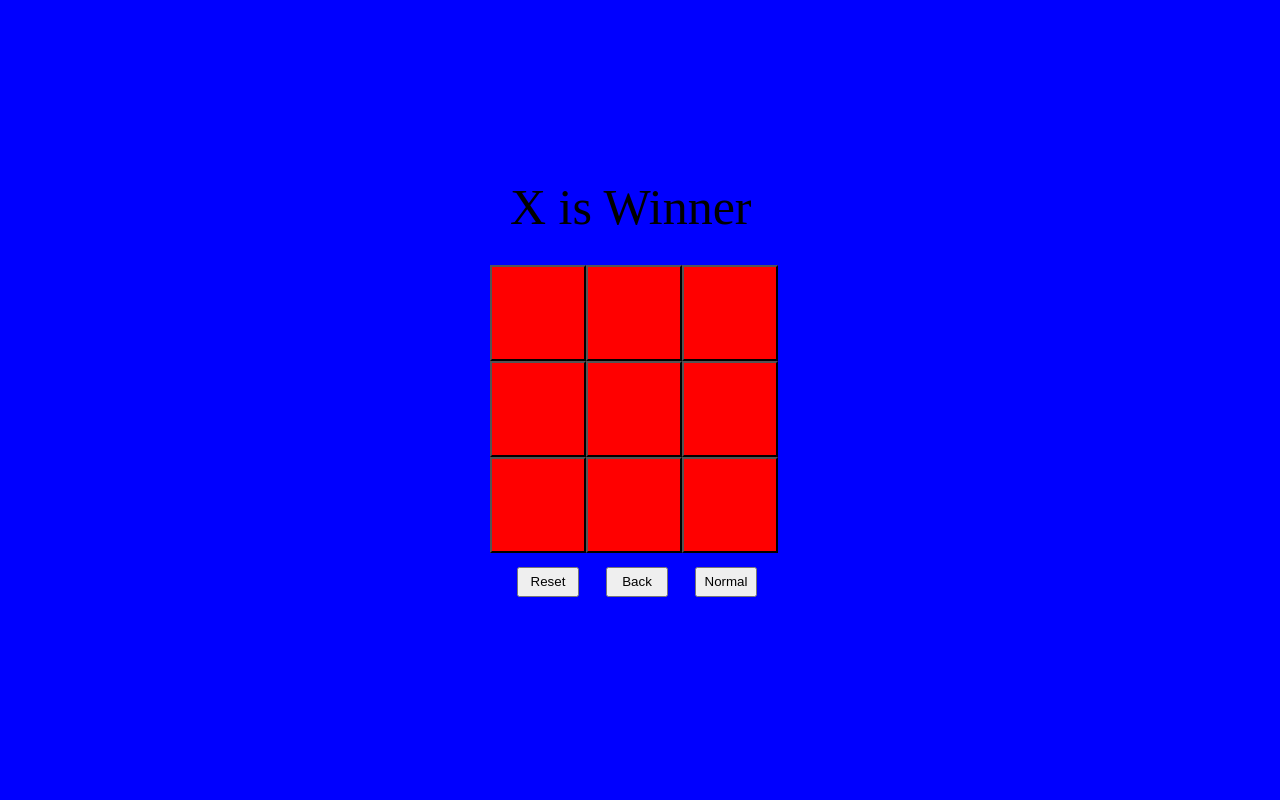
Repository: Mush-s/Folio-OX
Page: /game
The author's editor kept a copy of each file at every save. The page is drawn from the files as they stood at one save, then again after the next save.
The browser window is 1280 px wide. The pictures show the whole page.
The project was rebuilt for these pictures with package versions that can differ from the ones it lists, and the page was loaded fresh each time. Also part of the build but not shown: src/Start/Start.css, src/Start/Start.js.

Above is the page before, as saved 2022-09-02 17:12:22.

After the next save:
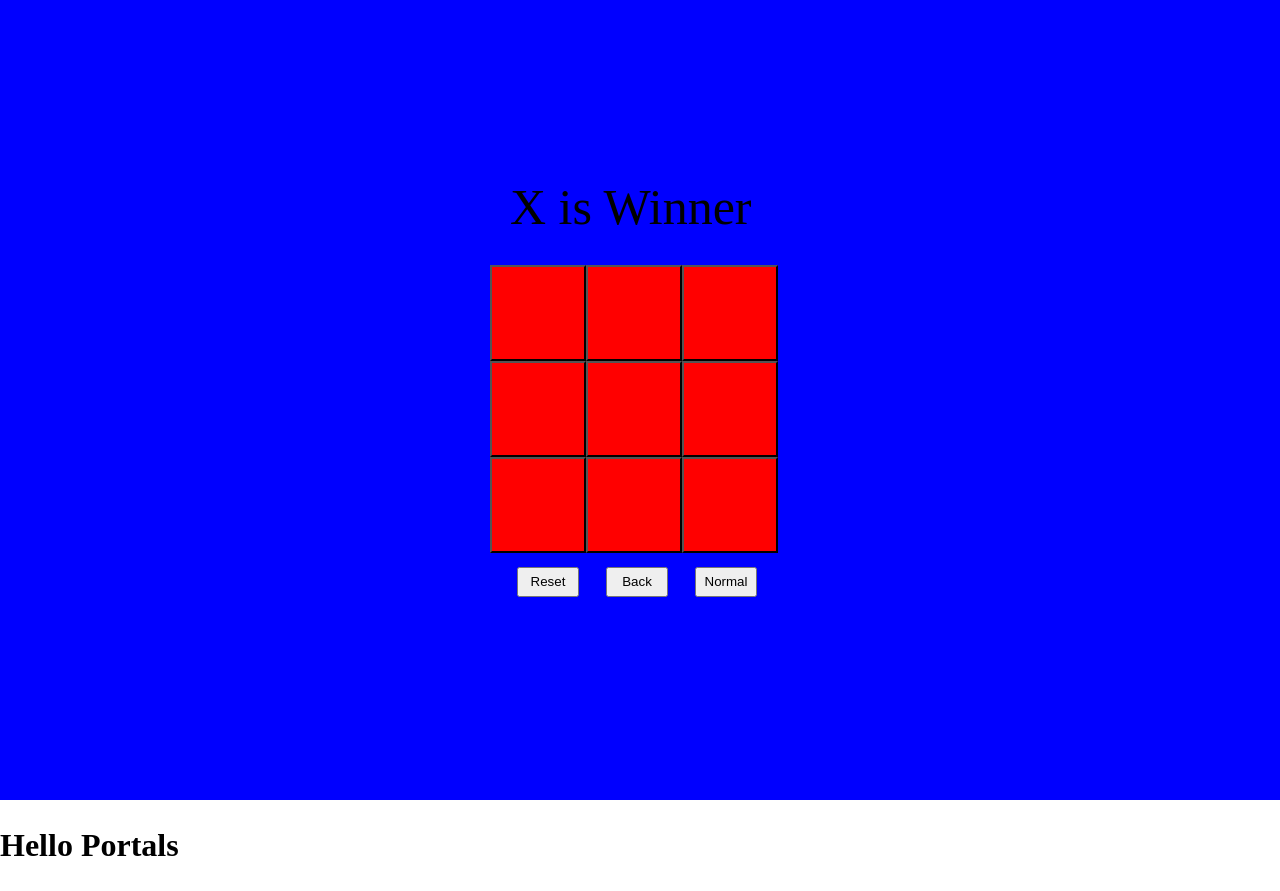
Saved 30 s later.
--- a/src/TicTacToe/Game/Game.js
+++ b/src/TicTacToe/Game/Game.js
@@ -4,6 +4,7 @@
 import GameButtons from "./GameButtons/GameButtons";
 
 import "./Game.css";
+import Test from "../AfterGame/AfterGame";
 
 const Game = () => {
   const [player, setPlayer] = useState("O");
@@ -168,6 +169,7 @@
         onBack={backHandler}
         onChange={ChangeHandler}
       />
+      <Test />
     </div>
   );
 };

After the save that followed:
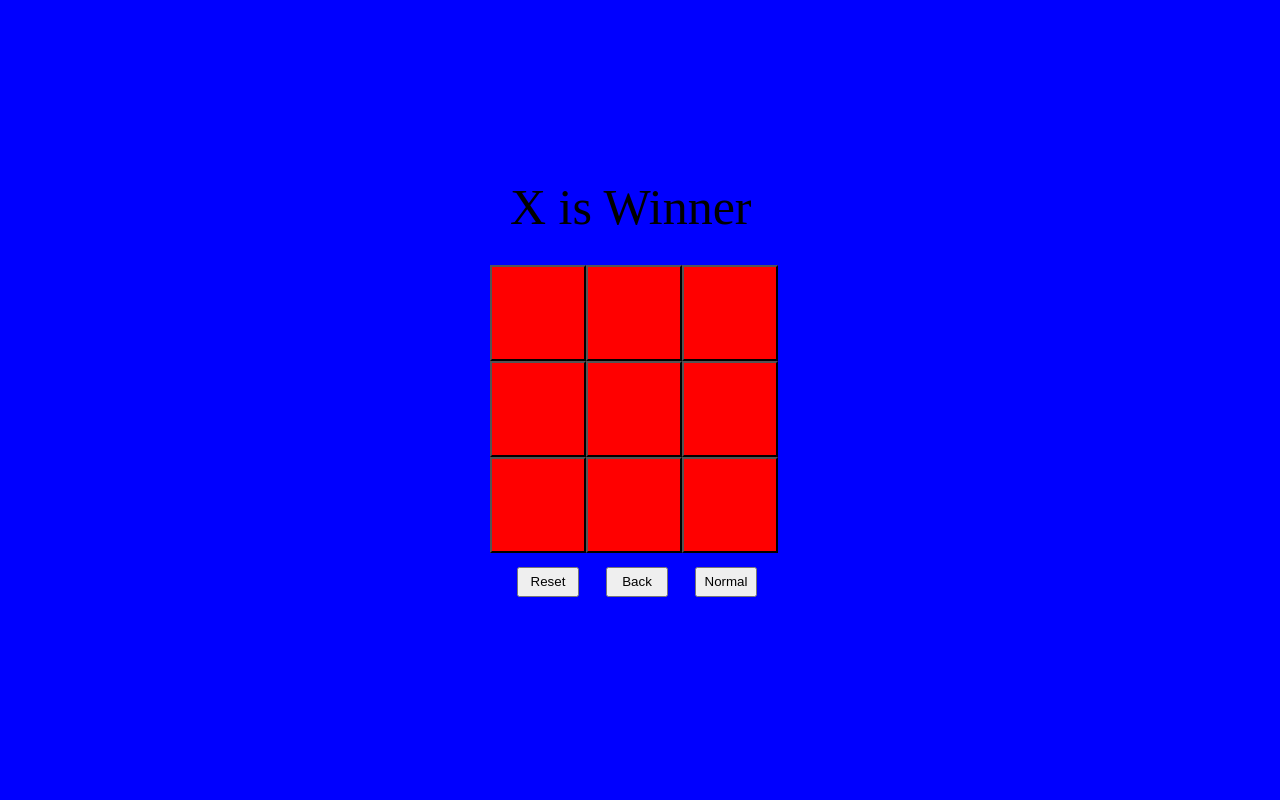
Saved 27 s later.
--- a/src/TicTacToe/Game/Game.js
+++ b/src/TicTacToe/Game/Game.js
@@ -169,7 +169,7 @@
         onBack={backHandler}
         onChange={ChangeHandler}
       />
-      <Test />
+      {!gameOver && <Test />}
     </div>
   );
 };
